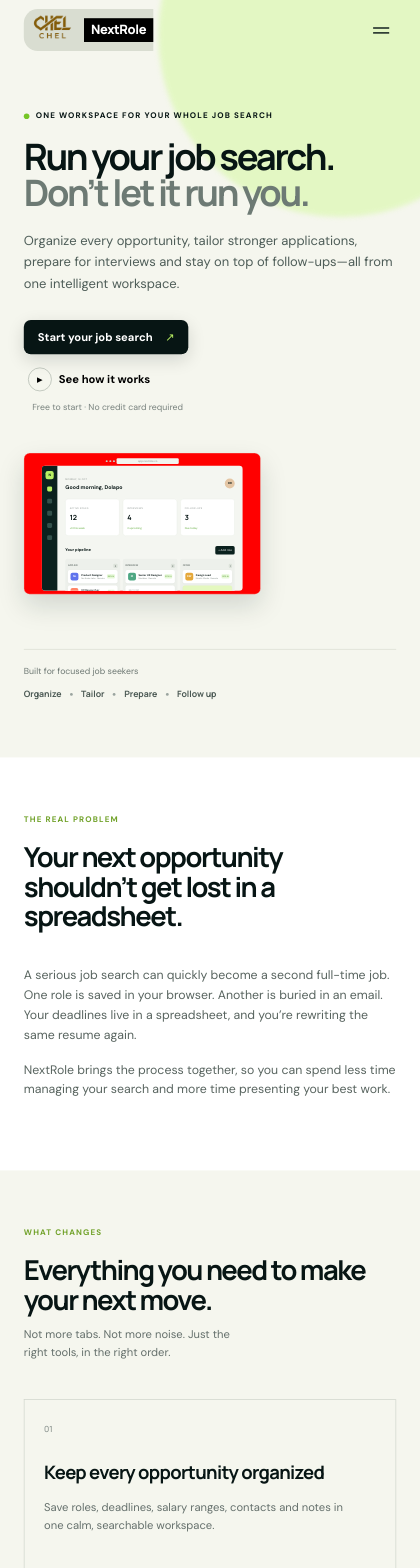
Repository: Lovethrech/NextRole-Nuxt-Portfolio
Page: /
The author's editor kept a copy of each file at every save. The page is drawn from the files as they stood at one save, then again after the next save.
The browser window is 600 px wide. The pictures show the part of the page from y = 0 to 2240 px (the page is 6767 px tall), at 70% of full size.
The project was rebuilt for these pictures with package versions that can differ from the ones it lists, and the page was loaded fresh each time. The framework's server and built-in components were replaced by stand-ins that run in the browser. Also part of the build but not shown: nuxt.config.js.

Above is the page before, as saved 2026-09-12 17:39:03.

### assets/css/main.css
:root{
    --ink:#071514;
    --deep:#0d2421;
    --green:#b9ef63;
    --mint:#ddffc8;
    --paper:#f5f6ee;
    --white:#fff;
    --line:#d9ddd1;
    --muted:#65706c;
    --orange:#ff8a61;
    --blue:#6579ff;
    font-family:'DM Sans',sans-serif;
    color:var(--ink);
    background:var(--paper);
    font-synthesis:none;
}
*{
    box-sizing:border-box;
}
html{
    scroll-behavior:smooth;
}
body{
    margin:0;
    padding: 0;
    background:var(--paper);
    font-size:16px;
    line-height:1.6;
}
button,a{
    font:inherit;
}
button{
    cursor:pointer;
}
a{
    color:inherit;
    text-decoration:none;
}
.container{
    width:min(1580px,calc(100% - 120px));
    margin-inline:auto;
}
.site-shell{
    overflow:hidden;
}
.nav-wrap{
    position:absolute;
    inset:0 0 auto;
    z-index:20;
}
.nav{
    height:86px;
    display:flex;
    align-items:center;
    justify-content:space-between;
}
/* BRAND LOGO */
/* START */
.brand-logo-ctn{
    width: 70px;
}
.brand-logo-ctn img{
    width:100%;
}
#brand-sub-name{
    margin:auto 0;
    padding:2px 10px;
    background-color: #000000;
    color:#ffffff;
}

/* END */
.brand{
    background-color: var(--line);
    padding: 8px 0 8px 6px;
    border-radius: 20px 0 0 20px;
    display:flex;
    align-items:center;
    gap:10px;
    font-family:Manrope,sans-serif;
    font-weight:800;
    font-size:1.15rem;
    letter-spacing:-.03em;
}
.nav-links{
    display:flex;
    align-items:center;
    gap:32px;
    font-weight:600;
    font-size:.9rem;
}
.nav-links>a{
    color:#33423f;
}
.button{
    border:0;
    display:inline-flex;
    align-items:center;
    justify-content:center;
    gap:18px;
    border-radius:10px;
    padding:15px 20px;
    font-weight:700;
    line-height:1.2;
    transition:transform .2s,box-shadow .2s;
}
.button:hover{
    transform:translateY(-2px);
}
.button-small{
    padding:11px 15px;
}
.button-ghost{
    border:1px solid #b9c0b5;
    background:transparent;
}
.button-primary{
    background:var(--ink);
    color:#fff;
    box-shadow:0 8px 24px #07151424;
}
.button-primary span,.button-light span{
    color:var(--green);
}
.button-light{
    background:#fff;
    color:var(--ink);
}
.menu-button{
    display:none;
}
.hero{
    min-height:880px;
    padding-top:178px;
    position:relative;
}
.hero:before{
    content:'';
    position:absolute;
    width:520px;
    height:520px;
    border-radius:50%;
    background:#dff8b9;
    filter:blur(4px);
    right:-180px;
    top:-210px;
    opacity:.8;
}
.hero-copy{
    width:56%;
    position:relative;
    z-index:2;
}
.eyebrow,.section-kicker{
    font-size:.72rem;
    font-weight:800;
    letter-spacing:.14em;
    text-transform:uppercase;
    display:flex;
    align-items:center;
    gap:9px;
}
.eyebrow span{
    width:8px;
    height:8px;
    border-radius:50%;
    background:#75c525;
}
.hero h1{
    font-family:Manrope,sans-serif;
    font-size:clamp(3.4rem,4.5vw,6.15rem);
    line-height:.98;
    letter-spacing:-.065em;
    margin:24px 0 28px;
    font-weight:700;
}
.hero h1 em{
    font-style:normal;
    color:#6d7a74;
}
.hero-lede{
    font-size:1.16rem;
    line-height:1.65;
    color:#4e5d58;
    max-width:630px;
}
.hero-actions{
    display:flex;
    align-items:center;
    gap:28px;
    margin-top:36px;
}
.text-link{
    border:0;
    background:none;
    font-weight:700;
    display:flex;
    align-items:center;
    gap:10px;
}
.play{
    border:1px solid #aeb6ac;
    border-radius:50%;
    width:34px;
    height:34px;
    display:grid;
    place-items:center;
    font-size:.65rem;
}
.microcopy{
    font-size:.78rem;
    color:#77817d;
    margin:12px 0 0 12px;
}
.dashboard-frame{
    position:absolute;
    z-index:3;
    width:560px;
    right: 4vh;
    top:220px;
    background:#fff;
    padding:10px;
    border-radius:18px;
    box-shadow:0 35px 80px #0c2b2226;
    transform:rotate(-1.3deg);
    border:1px solid #e5e9df;
}
.frame-bar{
    height:28px;
    display:flex;
    align-items:center;
    gap:5px;
    padding:0 8px;
}
.frame-bar span{
    width:6px;
    height:6px;
    background:#cad0c7;
    border-radius:50%;
}
.frame-bar p{
    font-size:.52rem;
    background:#f2f4ef;
    color:#8b948f;
    padding:2px 65px;
    border-radius:4px;
    margin:auto;
}
.dash{
    height:380px;
    display:flex;
    background:#f4f6f1;
    border-radius:10px;
    overflow:hidden
}
.dash-side{
    width:52px;
    background:#0b211e;
    display:flex;
    flex-direction:column;
    align-items:center;
    gap:22px;
    padding-top:16px;
}
.mini-brand{
    width:25px;
    height:25px;
    border-radius:7px;
    background:var(--green);
    display:grid;
    place-items:center;
    font-size:.65rem;
}
.dash-side i{
    width:15px;
    height:15px;
    border-radius:4px;
    background:#33514b;
}
.dash-side i.active{
    background:var(--green);
}
.dash-main{
    padding:24px;
    width:100%;
}
.dash-top{
    display:flex;
    justify-content:space-between;
    align-items:center;
}
.dash-top small,.stat-grid small{
    font-size:.45rem;
    letter-spacing:.11em;
    color:#88918d;
}
.dash-top h3{
    font-size:1rem;
    margin:4px 0;
}
.avatar{
    width:30px;
    height:30px;
    border-radius:50%;
    background:#e4c6a5;
    display:grid;
    place-items:center;
    font-size:.55rem;
    font-weight:800;
}
.stat-grid{
    display:grid;
    grid-template-columns:repeat(3,1fr);
    gap:10px;
    margin:18px 0
}
.stat-grid>div{
    padding:12px;
    border-radius:8px;
    background:#fff;
    border:1px solid #e4e8e1;
}
.stat-grid strong{
    display:block;
    font-family:Manrope;
    font-size:1.35rem;
}
.stat-grid span{
    font-size:.5rem;
    color:#59a733;
}
.pipeline-head{
    display:flex;
    justify-content:space-between;
    align-items:center;
}
.pipeline-head h4{
    font-size:.76rem;
}
.pipeline-head button{
    font-size:.55rem;
    border:0;
    background:#0b211e;
    color:white;
    padding:6px 9px;
    border-radius:5px;
}
.pipeline{
    display:grid;
    grid-template-columns:repeat(3,1fr);
    gap:8px;
}
.lane{
    background:#edf0eb;border-radius:7px;padding:8px}.lane>p{font-size:.45rem;font-weight:800;color:#6b7570
}
.lane>p b{
    float:right;
    background:#dce2da;
    padding:1px 4px;
    border-radius:3px;
}
.lane article{
    background:#fff;
    padding:8px;
    margin-top:7px;
    border-radius:6px;
    display:grid;
    grid-template-columns:26px 1fr auto;
    gap:6px;
    align-items:center;
    box-shadow:0 2px 7px #1933290b;
}
.company-icon{width:24px;height:24px;display:grid;place-items:center;border-radius:6px;font-size:.5rem;font-weight:800;color:white;
}.cobalt{background:#5f73ed;
}.coral{background:#ff8567;
}.mint{background:#4fa884;
}.gold{background:#e5a83a;
}.lane article strong{font-size:.48rem;display:block;
}.lane article small{font-size:.4rem;color:#7f8984;display:block;
}.lane article mark{font-size:.38rem;background:#e5f8d7;color:#55982d;border-radius:3px;padding:2px;
}.lane article.task,.lane article.celebrate{display:block;padding:10px;
}.lane .task span{font-size:.42rem;color:#dd6d49;
}.lane .celebrate{background:#e4f8bf;
}.lane .celebrate>span{font-size:.9rem;color:#62a329;
}
.hero-proof{
    position:absolute;
    bottom:56px;
    left:0;
    right:0;
    border-top:1px solid var(--line);
    padding-top:22px;
    display:flex;
    justify-content:space-between;
    color:#6d7873;
    font-size:.78rem;
}
.hero-proof p{display:flex;align-items:center;gap:24px;margin:0;
}
.hero-proof b{font-family:Manrope;color:#4a5853;
}
.hero-proof i{width:4px;height:4px;background:#9aa49f;border-radius:50%;
}
.problem-section{background:#fff;padding:115px 0;
}
.problem-grid{display:grid;grid-template-columns:1.1fr .9fr;gap:120px;
}
.section-kicker{color:#71a22a;margin:0 0 22px;
}
.problem-grid h2,.section-heading h2,.how-copy h2,.control-copy h2,.faq h2,.final-cta h2{font-family:Manrope;font-size:clamp(2.3rem,4.3vw,4.5rem);line-height:1.08;letter-spacing:-.055em;margin:0;
}
.problem-copy{font-size:1.1rem;color:#58645f;
}
.problem-copy p{margin:0 0 22px;
}
.features{padding:120px 0;
}
.section-heading{display:flex;justify-content:space-between;align-items:end;margin-bottom:55px;
}
.section-heading h2{max-width:710px;
}
.section-heading>p{max-width:310px;color:#65706c;
}
.benefit-grid{
    display:grid;
    grid-template-columns:repeat(2,1fr);
    border-top:1px solid #cfd5cb;
    border-left:1px solid #cfd5cb;
}
.benefit-card{min-height:315px;
    padding:42px;
    border-right:1px solid #cfd5cb;
    border-bottom:1px solid #cfd5cb;
    position:relative;
    transition:background .25s,transform .25s;
}
.benefit-card:hover{background:#fff;transform:translateY(-3px);
}
.benefit-card>span{font-family:Manrope;font-size:.75rem;color:#89928e;
}
.benefit-card h3{font-family:Manrope;font-size:1.65rem;letter-spacing:-.035em;margin:28px 0 12px;
}
.benefit-card p{color:#65706c;max-width:440px;
}
.benefit-card strong{position:absolute;bottom:38px;color:#3f6c18;font-size:.85rem;
}
.how-section{background:var(--deep);color:#fff;padding:120px 0;
}
.how-grid{display:grid;grid-template-columns:.85fr 1.15fr;gap:130px;
}
.section-kicker.light{color:var(--green);
}
.how-copy>p:not(.section-kicker){color:#afbfba;font-size:1.05rem;max-width:430px;margin:26px 0 36px;
}
.steps{list-style:none;padding:0;margin:0;
}
.steps li{display:grid;grid-template-columns:60px 1fr;gap:20px;border-top:1px solid #35504b;padding:27px 0;
}
.steps li:last-child{border-bottom:1px solid #35504b;
}
.steps>li>span{color:var(--green);font:700 .75rem Manrope;
}
.steps h3{font:700 1.25rem Manrope;margin:0 0 6px;
}
.steps p{color:#9fb1ab;margin:0;
}
.control{padding:120px 0;
}
.control-card{background:#fff;border-radius:24px;display:grid;grid-template-columns:1fr 1fr;overflow:hidden;box-shadow:0 22px 60px #1a35250c;
}
.control-visual{background:#dff3bf;min-height:560px;display:grid;place-items:center;padding:50px;
}
.document{width:330px;background:white;border-radius:12px;padding:32px;box-shadow:0 25px 50px #4167222c;transform:rotate(-2deg);
}
.doc-label{font-size:.55rem;letter-spacing:.14em;font-weight:800;
}
.document>i{height:7px;background:#e6eae3;border-radius:4px;display:block;margin-top:17px;
}
.document>i.short{width:60%;
}
.document>i.medium{width:80%;
}
.suggestion{display:flex;gap:12px;background:#f3fae9;border:1px solid #cce9a6;padding:14px;border-radius:8px;margin:22px -12px;
}
.suggestion b{color:#599825;
}
.suggestion p{margin:0;
}
.suggestion strong{font-size:.72rem;display:block;
}
.suggestion small{font-size:.6rem;color:#6c776f;
}
.control-copy{padding:70px;display:flex;flex-direction:column;justify-content:center;
}
.control-copy>p:not(.section-kicker){color:#66716c;font-size:1.05rem;
}
.control-copy ul{list-style:none;padding:0;margin:18px 0 0;
}
.control-copy li{padding:12px 0;border-top:1px solid #e4e8e0;font-weight:600;
}
.control-copy li:before{content:'✓';display:inline-grid;place-items:center;margin-right:12px;width:23px;height:23px;border-radius:50%;background:#e5f7cd;color:#4e861e;font-size:.75rem;
}
.faq{padding:40px 0 120px;display:grid;grid-template-columns:.75fr 1.25fr;gap:120px;
}
.faq h2{font-size:3.2rem;
}
.accordion details{border-top:1px solid #cdd3ca;padding:24px 0;
}
.accordion details:last-child{border-bottom:1px solid #cdd3ca;
}
.accordion summary{list-style:none;font:700 1.05rem Manrope;display:flex;justify-content:space-between;cursor:pointer;
}
.accordion summary::-webkit-details-marker{display:none;
}
.accordion summary span{font-size:1.4rem;font-weight:400;
}
.accordion details[open] summary span{transform:rotate(45deg);
}
.accordion details p{color:#64706a;max-width:620px;margin:16px 40px 0 0;
}
.final-cta{background:#102c28;color:#fff;border-radius:28px;min-height:500px;padding:75px;display:grid;grid-template-columns:1.1fr .9fr;align-items:center;position:relative;overflow:hidden;
}
.final-cta h2{max-width:700px;
}
.final-cta p{color:#b2c0bc;
}
.final-cta small{display:block;color:#8ca19b;margin:12px;
}
.final-cta .button{margin-top:15px;
}
.orbit{height:350px;position:relative;display:grid;place-items:center;
}
.orbit span{position:absolute;border:1px solid #54716a;border-radius:50%;
}
.orbit-one{width:290px;height:290px;
}
.orbit-two{width:200px;height:200px;
}
.orbit b{width:95px;height:95px;border-radius:26px;background:var(--green);color:var(--deep);display:grid;place-items:center;font:800 2.2rem Manrope;box-shadow:0 0 70px #b9ef6352;
}
.footer{min-height:140px;display:flex;align-items:center;justify-content:space-between;gap:30px;font-size:.75rem;color:#79827e;
}
.footer p{max-width:480px;text-align:center;
}
.modal-backdrop{position:fixed;inset:0;background:#061411cc;backdrop-filter:blur(8px);z-index:50;display:grid;place-items:center;padding:20px;
}
.modal{width:min(550px,100%);background:var(--paper);border-radius:22px;padding:44px;position:relative;
}
.modal h2{font:700 2.25rem/1.1 Manrope;letter-spacing:-.05em;margin:0;
}
.modal>p:not(.section-kicker){color:#63706a;
}
.modal-close{position:absolute;right:20px;top:15px;border:0;background:none;font-size:2rem;
}
.modal-list{margin:28px 0;
}
.modal-list>span{float:left;color:#6b9c2a;font:bold .7rem Manrope;margin-top:5px;
}
.modal-list p{margin:0 0 18px 35px;
}
.modal-list b,.modal-list small{display:block;
}
.modal-list small{color:#68746e;
}
.fade-enter-active,.fade-leave-active{transition:opacity .2s;
}
.fade-enter-from,.fade-leave-to{opacity:0;
}

@media(max-width:1180px){
    .nav-wrap{position:absolute;
    }
    .menu-button{display:flex;flex-direction:column;gap:5px;border:0;background:none;padding:10px;
    }
    .menu-button span{width:23px;height:2px;background:var(--ink);
    }
    .nav-links{display:none;position:absolute;top:72px;left:20px;right:20px;background:white;padding:24px;border-radius:14px;box-shadow:0 20px 50px #172c2424;flex-direction:column;align-items:stretch;
    }
    .nav-links.open{display:flex;
    }
    .hero{padding-top:145px;min-height:auto;padding-bottom:80px;
    }
    .hero-copy{width:100%;
    }
    .hero h1{font-size:clamp(3rem,11vw,5rem);
    }
    .dashboard-frame{position:relative;top:auto;right:auto;width:100%;margin-top:55px;transform:none;
    }
    .hero-proof{position:relative;bottom:auto;margin-top:50px;
    }
    .problem-grid,.how-grid,.faq{grid-template-columns:1fr;gap:50px;
    }
    .section-heading{display:block;
    }
    .control-card{grid-template-columns:1fr;
    }
    .control-visual{min-height:420px;
    }
    .final-cta{grid-template-columns:1fr;
    }
    .orbit{display:none;
    }
    .footer{flex-direction:column;text-align:center;padding:50px 0;
    }
}

@media(max-width:750px){
    .container{width:min(100% - 68px,1180px);
    }
    .hero h1{font-size:3.25rem;
    }
    .hero-actions{align-items:flex-start;flex-direction:column;gap:18px;
    }
    .dashboard-frame{
        background-color: red;
        place-items:center;
        width:720px;
        transform:scale(.47);
        transform-origin:top left;
        margin-bottom:-200px;
    }
    .hero-proof{display:block;
    }
    .hero-proof p{margin-top:12px;gap:12px;flex-wrap:wrap;
    }
    .problem-section,.features,.how-section,.control{padding:80px 0;
    }
    .problem-grid h2,.section-heading h2,.how-copy h2,.control-copy h2,.faq h2,.final-cta h2{font-size:2.45rem;
    }
    .benefit-grid{grid-template-columns:1fr;
    }
    .benefit-card{padding:28px;min-height:300px;
    }
    .how-grid{gap:55px;
    }
    .control-visual{padding:30px;min-height:380px;
    }
    .document{width:280px;
    }
    .control-copy{padding:38px 28px;
    }
    .faq{padding:10px 0 80px;gap:40px;
    }
    .final-cta{padding:48px 26px;min-height:520px;border-radius:20px;
    }
    .footer{align-items:center;
    }
    .modal{padding:36px 24px;
    }
    .modal h2{font-size:2rem;
    }
}

Loaded but not shown: app.vue (150 lines, source omitted)

After the next save:
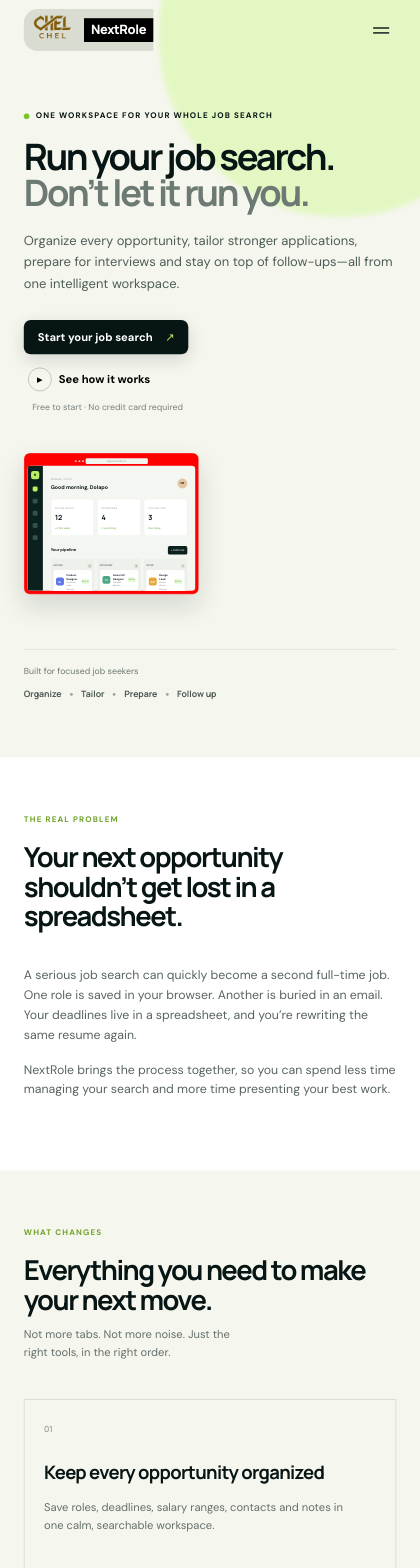
Saved 7 s later.
--- a/assets/css/main.css
+++ b/assets/css/main.css
@@ -615,7 +615,7 @@
     .dashboard-frame{
         background-color: red;
         place-items:center;
-        width:720px;
+        width: 100%;
         transform:scale(.47);
         transform-origin:top left;
         margin-bottom:-200px;
